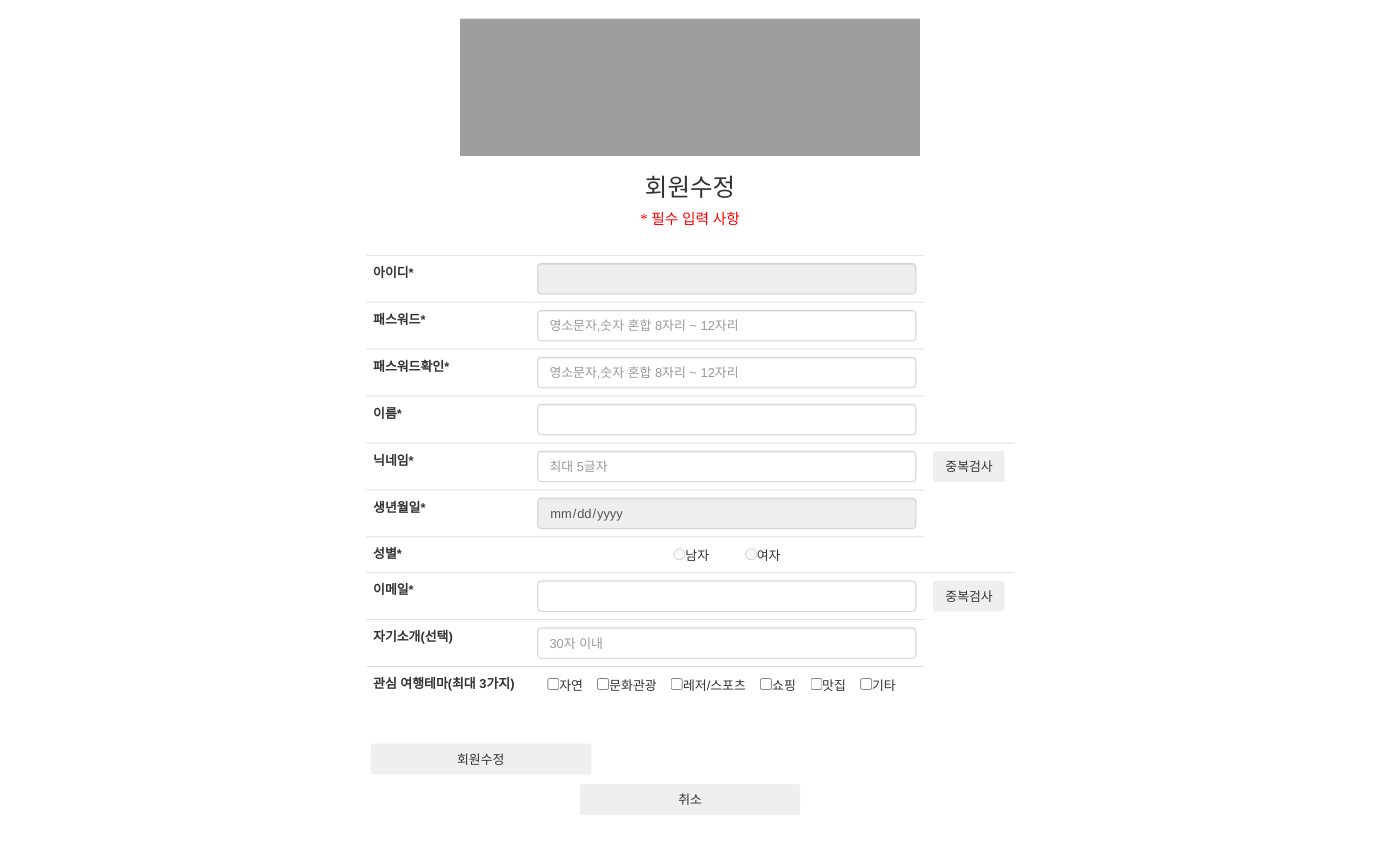
Repository: yhj4130/FinalProject
Page: http://localhost/TogatherProject/WEB-INF/views/login/JoinEdit.jsp
These files come from the project's save history. The page is drawn as it stood at one moment and after the next save; the edit follows.
The browser window is 1280 px wide. The page is 1500 px wide, so the pictures cover 1500 px, including what lies to the right of the window. The pictures show the whole page, at 92% of full size.
Pictures or frames that could not be fetched are drawn as grey boxes. The page is served by Tomcat 9. Nobody is signed in. The template is opened directly, without the code that normally fills it, so the values that code supplies are empty.

Above is the page before, as saved 2019-07-12 13:43:04.
Console error: SyntaxError: Unexpected token ';'

### TogatherProject/src/main/webapp/WEB-INF/views/login/JoinEdit.jsp
<%@ page contentType="text/html; charset=UTF-8"%>
<%@ taglib prefix="c" uri="http://java.sun.com/jsp/jstl/core"%>

<%
	request.setCharacterEncoding("UTF-8");
	String cp = request.getContextPath();
%>
<!DOCTYPE html>
<html>
<head>
<meta charset="UTF-8">
<title>To_gather</title>
<script src="http://code.jquery.com/jquery-latest.min.js"></script>
<link rel="stylesheet" href="https://maxcdn.bootstrapcdn.com/bootstrap/3.3.2/css/bootstrap.min.css">
<link rel="stylesheet" href="https://maxcdn.bootstrapcdn.com/bootstrap/3.3.2/css/bootstrap-theme.min.css">
<script src="https://maxcdn.bootstrapcdn.com/bootstrap/3.3.2/js/bootstrap.min.js"></script>

<script type="text/javascript">

	function themaCodeArr() {
		var themaCode = [];
		$("input[name='themaCode']:checked").each(function(i){
			themaCode.push($(this).val());
		})
	}

</script>

</head>
<body>
	<div class="container" style="width: 1500px;">
		<div class="row">
			<div class="col-sm-12 text-center">
				<div class="col-sm-3"></div>

				<div class="col-sm-6">
					<h2><a href="beforemain.do"><img src="<%=cp %>/resources/images/To_gather.png" style="width: 500px;" height="150px;"></a></h2>
					<h3><span style="font-family: 맑은 고딕; font-size: 20pt;">회원수정</span></h3>
					<h5><span style="font-family: 맑은 고딕; font-size: 12pt; color: red;">* 필수 입력 사항</span></h5>
					<br>
					<form action="joineditsuccess.do"  method="post" id="form" >
						<table class="table table-boardered">
							<tr>
								<th>아이디*</th>
								<td>
									<input type="text" class="form-control" id="userId" name="userId" value="${userInfo.userId }" readonly="readonly">
								</td>
							</tr>
							<tr>
								<th>패스워드*</th>
								<td><input type="password" class="form-control" id="userPw" name="userPw"
									placeholder="영소문자,숫자 혼합 8자리 ~ 12자리"></td>
							</tr>

							<tr>
								<th>패스워드확인*</th>
								<td><input type="password" class="form-control" id="pw2" name="pw2"
									placeholder="영소문자,숫자 혼합 8자리 ~ 12자리"></td>
							</tr>

							<tr>
								<th>이름*</th>
								<td><input type="text" class="form-control" name="name" id="name"></td>
							</tr>

							<tr>
								<th>닉네임*</th>
								<td><input type="text" class="form-control" id="nickName" name="nickName"
									placeholder="최대 5글자" onkeydown="inputNickNameChk()">
								</td>
								<td>
									<button type="button" class="btn" id="nicknameCheckBtn">중복검사</button>
									<input type="hidden" id="nicknameCheck" value="nicknameUncheck">
								</td>
							</tr>

							<tr>
								<th>생년월일*</th>
								<td><input type="date" class="form-control" id="birth" name="birth" value="${userInfo.birth }" readonly="readonly"></td>

							</tr>

							<tr>
								<th>성별*</th>
								<td>
									<input type="radio" name="genderCode" value="1" disabled="disabled">남자
									&nbsp;&nbsp;&nbsp;&nbsp;&nbsp;&nbsp;&nbsp;&nbsp;
									<input type="radio" name="genderCode" value="2" disabled="disabled">여자</td>
							</tr>

							<tr>
								<th>이메일*</th>
								<td>
									<input type="email" class="form-control" id="email" name="email" onkeydown="inputEmailChk()">
								</td>
								<td>
									<button type="button" class="btn" id="emailCheckBtn">중복검사</button>
									<input type="hidden" id="emailCheck" value="emailUncheck">
								</td>
							</tr>

							<tr>
								<th>자기소개(선택)</th>
								<td><input type="text" class="form-control" id="intro" name="intro"
									placeholder="30자 이내"></td>
							</tr>


							<tr>
								<th>관심 여행테마(최대 3가지)</th>
								<td><input type="checkbox" name="themaCode" value="1" onclick="javascript:chk(this)">자연
									&nbsp;&nbsp; <input type="checkbox" name="themaCode" value="2" onclick="javascript:chk(this)">문화관광
									&nbsp;&nbsp; <input type="checkbox" name="themaCode" value="3" onclick="javascript:chk(this)">레저/스포츠
									&nbsp;&nbsp; <input type="checkbox" name="themaCode" value="4" onclick="javascript:chk(this)">쇼핑
									&nbsp;&nbsp; <input type="checkbox" name="themaCode" value="5" onclick="javascript:chk(this)">맛집
									&nbsp;&nbsp; <input type="checkbox" name="themaCode" value="6" onclick="javascript:chk(this)">기타
									&nbsp;&nbsp;</td>
							</tr>

						</table>
						<br>
						<div style="margin-bottom: 50px; text-align: center;">
							<div>
								<button type="submit" id="join" name="join" class="btn btn-block" style="width: 240px; margin: 5px;" >회원수정</button>
							</div>
							<div>
								<button type="button" class="btn" style="width: 240px; margin: 5px;" onclick="history.go(-1); return false;">취소</button>
							</div>
						</div>

					</form>
				</div>

			</div>
		</div>
	</div>
<script type="text/javascript">

	document.getElementById("name").value = "${userInfo.name}";
	document.getElementById("nickName").value = "${userInfo.nickName}";
	document.getElementById("email").value = "${userInfo.email}";
	document.getElementById("intro").value = "${userInfo.intro}";

	$("input:radio[name='genderCode']:radio[value='${userInfo.genderCode}']").prop('checked', true);

	var userThema = ${userThema};

	for (var i = 0; i < userThema.length; i++) {
		$("input:checkbox[name='themaCode']:checkbox[value='"+userThema[i]+"']").prop('checked', true);
	}

	$(document).ready(function()
	{
		var id = /^[A-Za-z0-9+]{8,12}$/;

		var pw = /^[A-Za-z0-9+]{8,12}$/;

		$("#join").click(function()
		{
			// 다시 중복체크
			function inputNickNameChk() {
				document.getElementById("nicknameCheck").value = "nicknameUnCheck";
			}
			function inputEmailChk() {
				document.getElementById("emailCheck").value = "emailUnCheck";
			}

			if($("#userPw").val()=="" || $("#pw2").val()=="" || $("#name").val()=="" || $("#nickName").val()==""
					|| $("#birth").val()==""  || $("#email").val()=="")
			{
				alert("필수 항목이 누락되었습니다.");
				return false;
			}

			if (!pw.test(document.getElementById("userPw").value))
			{
				alert("패스워드가 조건에 맞지 않습니다");
				$("#userPw").focus();
				return false;
			}

			if(document.getElementById("userPw").value != document.getElementById("pw2").value)
			{
				alert("패스워드와 패스워드확인이 일치하지 않습니다. ");
				$("#pw2").focus();
				return false;
			}

	        if($("#nickName").val().length > 5)
	        {
	        	alert("닉네임은 최대 5글자 입니다.");
	        	$("#nickName").focus();
	            return false;
	        }

	        if($("#intro").val().length > 30)
	        {
	        	alert("30자 이내로 작성해주세요.");
	        	$("#intro").focus();
	            return false;
	        }


			if($("#nicknameCheck").val() !="nicknameCheck")
			{
				alert("닉네임을 중복체크 해주세요!");
				return false;
			}

			if($("#emailCheck").val()!="emailCheck")
			{
				alert("이메일을 중복체크 해주세요!");
				return false;
			}
		});

		$("#nicknameCheckBtn").click(function() {
			var nickName = $("#nickName").val();

			if(nickName == "")
			{
				alert("닉네임을 입력해주세요.");
				return false;
			}

			$.ajax({
				url : "<%=cp%>/nicknamecheckedit.do",
				type : "post",
				data : {'nickName':nickName},
				success: function(count) {

					if($("#nickName").val().length > 5)
			        {
			        	alert("닉네임은 최대 5글자 입니다.");
			        	$("#nickName").focus();
			            return false;
			        }

					// 중복안됨
					if(count == 0)
					{
						alert("사용가능한 닉네임입니다.");
						document.getElementById("nicknameCheck").value = "nicknameCheck";
					}
					else
					{
						alert("중복된 닉네임입니다.");
						return false;
					}
				}
			});
		});

		$("#emailCheckBtn").click(function() {
			var email = $("#email").val();

			if(email == "")
			{
				alert("이메일을 입력해주세요.");
				return false;
			}

			$.ajax({
				url : "<%=cp%>/emailcheckedit.do",
				type : "post",
				data : {'email':email},
				success: function(count) {

					// 중복안됨
					if(count == 0)
					{
						alert("사용가능한 이메일입니다.");
						document.getElementById("emailCheck").value = "emailCheck";

					}
					else
					{
						alert("중복된 이메일입니다.");
						return false;
					}
				}
			});
		});

	});


</script>

<script type="text/javascript">
function chk(obj){

	var chkbox = document.getElementsByName("themaCode");

	var chkCnt = 0;

	for(var i=0;i<chkbox.length; i++){

		if(chkbox[i].checked){

			chkCnt++;

		}
	}

	if(chkCnt>3){

		alert("관심테마는 최대 3개까지 선택가능합니다.");

		obj.checked = false;

		return false;
	}
}
</script>

</body>
</html>

After the next save:
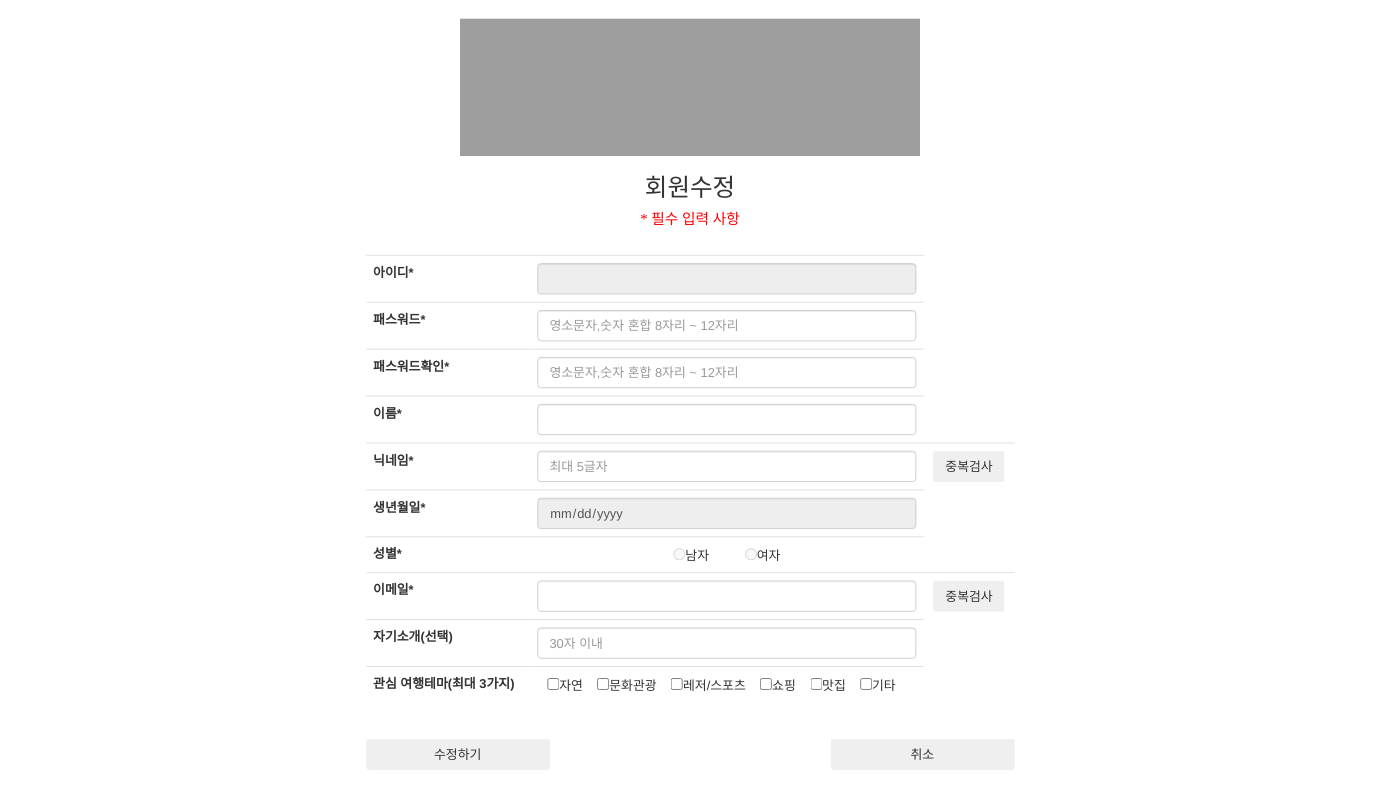
Saved 111 s later.
--- a/TogatherProject/src/main/webapp/WEB-INF/views/login/JoinEdit.jsp
+++ b/TogatherProject/src/main/webapp/WEB-INF/views/login/JoinEdit.jsp
@@ -120,12 +120,8 @@
 						</table>
 						<br>
 						<div style="margin-bottom: 50px; text-align: center;">
-							<div>
-								<button type="submit" id="join" name="join" class="btn btn-block" style="width: 240px; margin: 5px;" >회원수정</button>
-							</div>
-							<div>
-								<button type="button" class="btn" style="width: 240px; margin: 5px;" onclick="history.go(-1); return false;">취소</button>
-							</div>
+							<button type="submit" class="btn" style="width: 200px; float: left;">수정하기</button>
+        				<button type="button" class="btn" style="width: 200px; float: right;" onclick="location.href='loginform.do'">취소</button>
 						</div>
 
 					</form>
